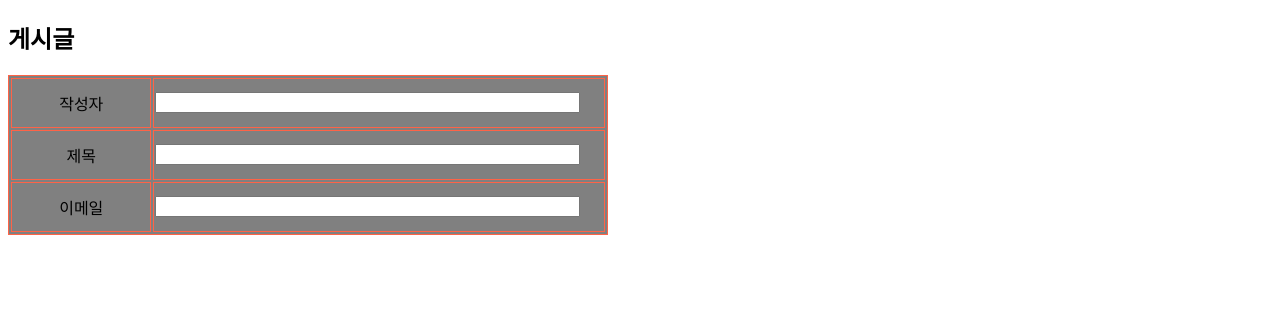
Repository: BartsimisraB/JavaPractice_
Page: http://localhost/A01_16_3/boardform.jsp
The author's editor kept a copy of each file at every save. The page is drawn from the files as they stood at one save, then again after the next save.
The browser window is 1280 px wide. The pictures show the whole page.
The page is served by Tomcat 9.

Above is the page before, as saved 2023-01-16 06:57:45.

After the next save:
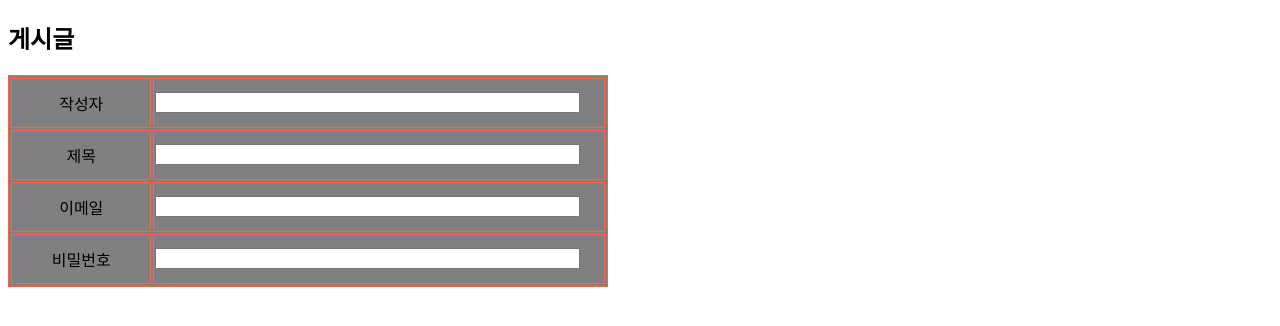
Saved 37 s later.
--- a/A01_16_3/src/main/webapp/boardform.jsp
+++ b/A01_16_3/src/main/webapp/boardform.jsp
@@ -22,6 +22,10 @@
 			<td width="150" align="center">이메일</td>
 			<td width="450"><input type="email" name="email" size="50"></td>
 		</tr>
+		<tr height="50">
+			<td width="150" align="center">비밀번호</td>
+			<td width="450"><input type="password" name="password" size="50"></td>
+		</tr>
 	</table>
 </form>
 </body>
